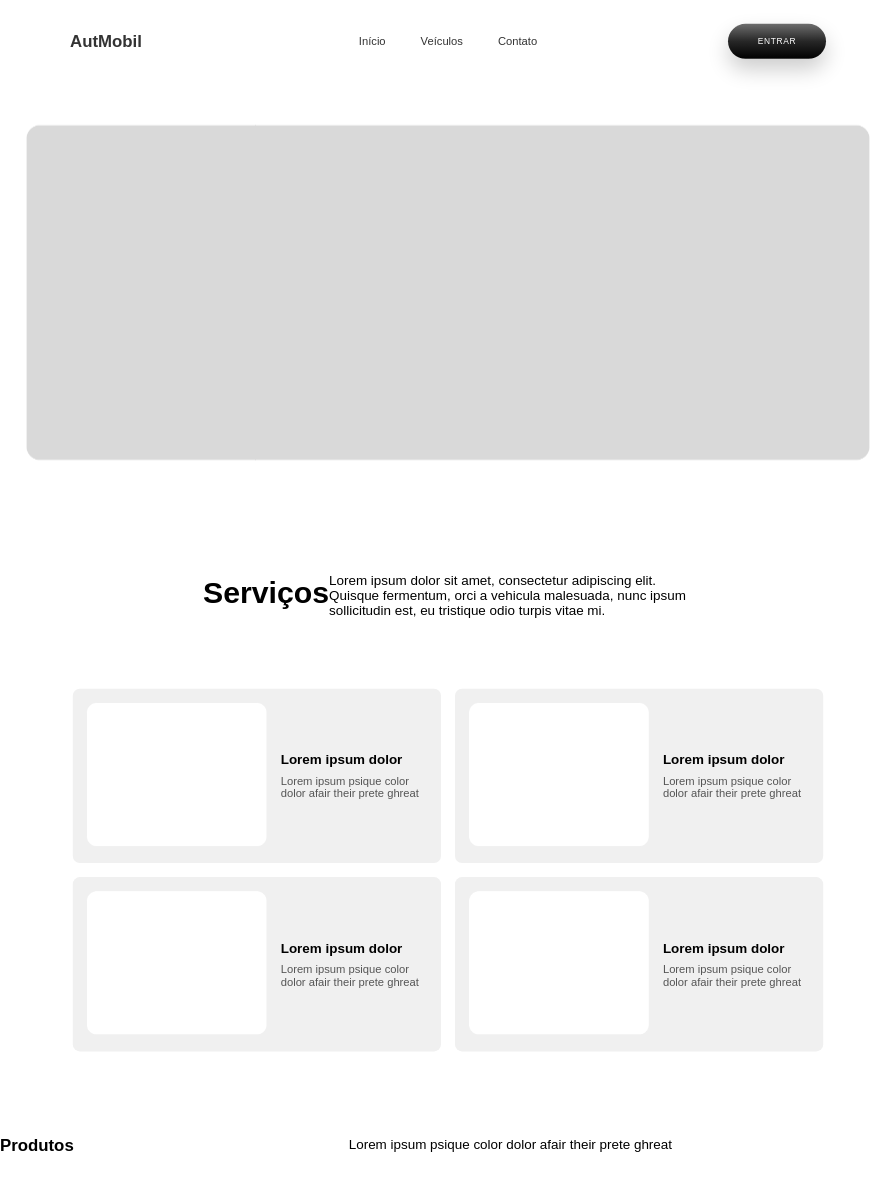
Repository: Matheus904-12/Reforma
Page: index.html
The author's editor kept a copy of each file at every save. The page is drawn from the files as they stood at one save, then again after a run of saves.
The browser window is 1280 px wide. The pictures show the whole page, at 70% of full size.

Above is the page before, as saved 2024-08-01 10:48:45.

### index.html
<!DOCTYPE html>
<html lang="en">
<head>
    <meta charset="UTF-8">
    <meta name="viewport" content="width=device-width, initial-scale=1.0">
    <title>Automobil - Venda de Veículos</title>
    <link rel="stylesheet" href="styles.css">
</head>
<body>
    <header>
        <div class="navbar">
            <div class="logo">AutMobil</div>
            <nav class="nav-links">
                <a href="#home">Início</a>
                <a href="#veiculos">Veículos</a>
                <a href="#contato">Contato</a>
            </nav>
            <button class="btn">
                <span class="btn-text-one">Entrar</span>
                <span class="btn-text-two">Vamos Lá!</span>
            </button>
        </div>
    </header>
    <section class="hero">
        <img src="imagens/Rectangle 1.png" alt="Imagem de Veículos" class="hero-image">
    </section>
    <section class="servicos">
        <div class="servicos-header">
            <h2>Serviços</h2>
            <p class="description">Lorem ipsum dolor sit amet, consectetur adipiscing elit. Quisque fermentum, orci a vehicula malesuada, nunc ipsum sollicitudin est, eu tristique odio turpis vitae mi.</p>
        </div>
        <div class="cards-container">
            <div class="card">
                <div class="card-image"><img src="imagens/Rectangle 9.png" alt="Serviço 1"></div>
                <div class="card-content">
                    <h3>Lorem ipsum dolor</h3>
                    <p>Lorem ipsum psique color dolor afair their prete ghreat</p>
                </div>
            </div>
            <div class="card">
                <div class="card-image"><img src="imagens/Rectangle 9.png" alt="Serviço 2"></div>
                <div class="card-content">
                    <h3>Lorem ipsum dolor</h3>
                    <p>Lorem ipsum psique color dolor afair their prete ghreat</p>
                </div>
            </div>
            <div class="card">
                <div class="card-image"><img src="imagens/Rectangle 9.png" alt="Serviço 3"></div>
                <div class="card-content">
                    <h3>Lorem ipsum dolor</h3>
                    <p>Lorem ipsum psique color dolor afair their prete ghreat</p>
                </div>
            </div>
            <div class="card">
                <div class="card-image"><img src="imagens/Rectangle 9.png" alt="Serviço 4"></div>
                <div class="card-content">
                    <h3>Lorem ipsum dolor</h3>
                    <p>Lorem ipsum psique color dolor afair their prete ghreat</p>
                </div>
            </div>
        </div>
    </section>
    <section class="servicos2">
        <div class="produtos-header">
            <h2>Produtos</h2>
            <p class="description2">Lorem ipsum psique color dolor afair their prete ghreat</p>
        </div>
    </section>
</body>
</html>

### styles.css
body {
    margin: 0;
    font-family: Arial, sans-serif;
}

header {
    position: relative;
    width: 100%;
}

.navbar {
    display: flex;
    justify-content: center;
    align-items: center;
    padding: 20px 50px;
    background: rgba(255, 255, 255, 0.5);
    border-radius: 25px;
    backdrop-filter: blur(10px);
    transition: all 0.3s ease-in-out;
    margin: 20px 50px;
    position: relative;
}

.navbar.scrolled {
    background: rgba(255, 255, 255, 0.8);
    backdrop-filter: blur(15px);
}

.logo {
    position: absolute;
    left: 50px;
    font-size: 1.5em;
    color: #333;
    font-weight: bold;
}

.nav-links {
    list-style: none;
    display: flex;
    gap: 20px;
}

.nav-links a {
    text-decoration: none;
    color: #333;
    padding: 10px 15px;
    border-radius: 15px;
    transition: background 0.3s, color 0.3s;
}

.nav-links a:hover {
    background: #333;
    color: #fff;
}

.btn {
    width: 140px;
    height: 50px;
    background: linear-gradient(to top, #000000, #272727, #6d6d6d);
    color: #fff;
    border-radius: 50px;
    border: none;
    outline: none;
    cursor: pointer;
    position: relative;
    box-shadow: 0 15px 30px rgba(0, 0, 0, 0.2);
    overflow: hidden;
    position: absolute;
    right: 50px;
    text-decoration: none; /* Para remover o sublinhado do link */
    display: flex;
    justify-content: center;
    align-items: center;
}

.btn span {
    font-size: 12px;
    text-transform: uppercase;
    letter-spacing: 1px;
    transition: top 0.5s;
}

.btn-text-one {
    position: absolute;
    width: 100%;
    top: 50%;
    left: 0;
    transform: translateY(-50%);
}

.btn-text-two {
    position: absolute;
    width: 100%;
    top: 150%;
    left: 0;
    transform: translateY(-50%);
}

.btn:hover .btn-text-one {
    top: -100%;
}

.btn:hover .btn-text-two {
    top: 50%;
}

.btn:active {
    transform: translateY(1px); /* Efeito de afundar ao clicar */
}

.hero {
    position: relative;
    width: 100%;
    height: 600px; /* Ajuste a altura conforme necessário */
    overflow: hidden;
    display: flex;
    justify-content: center;
    align-items: center;
}

.hero-image {
    width: 94%;
    height: auto;
    object-fit: cover;
}

.servicos {
    padding: 100px;
}

.servicos-header {
    display: flex;
    justify-content: space-between;
    align-items: center;
    margin-bottom: 100px;
}

.produtos-header {
    display: flex;
    justify-content: space-between;
    align-items: center;
    margin-bottom: 100px;
}

.servicos h2 {
    font-size: 2.7em;
    margin: 0 0 10px 0; /* Ajuste a margem inferior para aproximar do parágrafo */
    margin-left: 190px;
}

.description {
    font-size: 1.2em;
    max-width: 600px;
    margin: 0;
    margin-right: 190px;
}
.description2 {
    font-size: 1.2em;
    max-width: 600px;
    margin: 0;
    margin-right: 320px;
}

.cards-container {
    display: flex;
    flex-wrap: wrap;
    justify-content: center;
    gap: 20px;
}

.card {
    display: flex;
    align-items: center;
    background-color: #f0f0f0;
    padding: 20px;
    border-radius: 10px;
    width: 45%;
}

.card-image img {
    width: 257px;
    height: 205px;
    border-radius: 10px;
    margin-right: 20px;
}

.card-content {
    text-align: left;
}

.card-content h3 {
    margin: 0 0 10px 0;
    font-size: 1.2em;
}

.card-content p {
    margin: 0;
    color: #555;
}

.produtos {
    padding: 100px;
    background-color: #f9f9f9;
}

.produtos-header {
    display: flex;
    justify-content: space-between;
    align-items: center;
    margin-bottom: 50px;
}

.produtos h2 {
    font-size: 2.5em;
    margin: 0;
}

.produtos .description {
    font-size: 1.2em;
    max-width: 600px;
    margin: 0;
}

.filtros {
    display: flex;
    justify-content: center;
    gap: 20px;
    margin-bottom: 50px;
}

.filtro {
    background-color: #333;
    color: #fff;
    border: none;
    padding: 10px 20px;
    border-radius: 10px;
    cursor: pointer;
    transition: background 0.3s;
}

.filtro:hover {
    background-color: #555;
}

.produtos-container {
    position: relative;
}

.carrossel {
    display: none;
    flex-wrap: nowrap;
    overflow-x: auto;
    gap: 20px;
}

.carrossel.active {
    display: flex;
}

.produto-card {
    display: flex;
    flex-direction: column;
    align-items: center;
    background-color: #fff;
    padding: 20px;
    border-radius: 10px;
    min-width: 300px;
}

.produto-image img {
    width: 100%;
    border-radius: 10px;
    margin-bottom: 20px;
}

.produto-content {
    text-align: center;
}

.produto-content h3 {
    margin: 0 0 10px 0;
    font-size: 1.2em;
}

.produto-content p {
    margin: 0;
    color: #555;
}

After the next 3 saves:
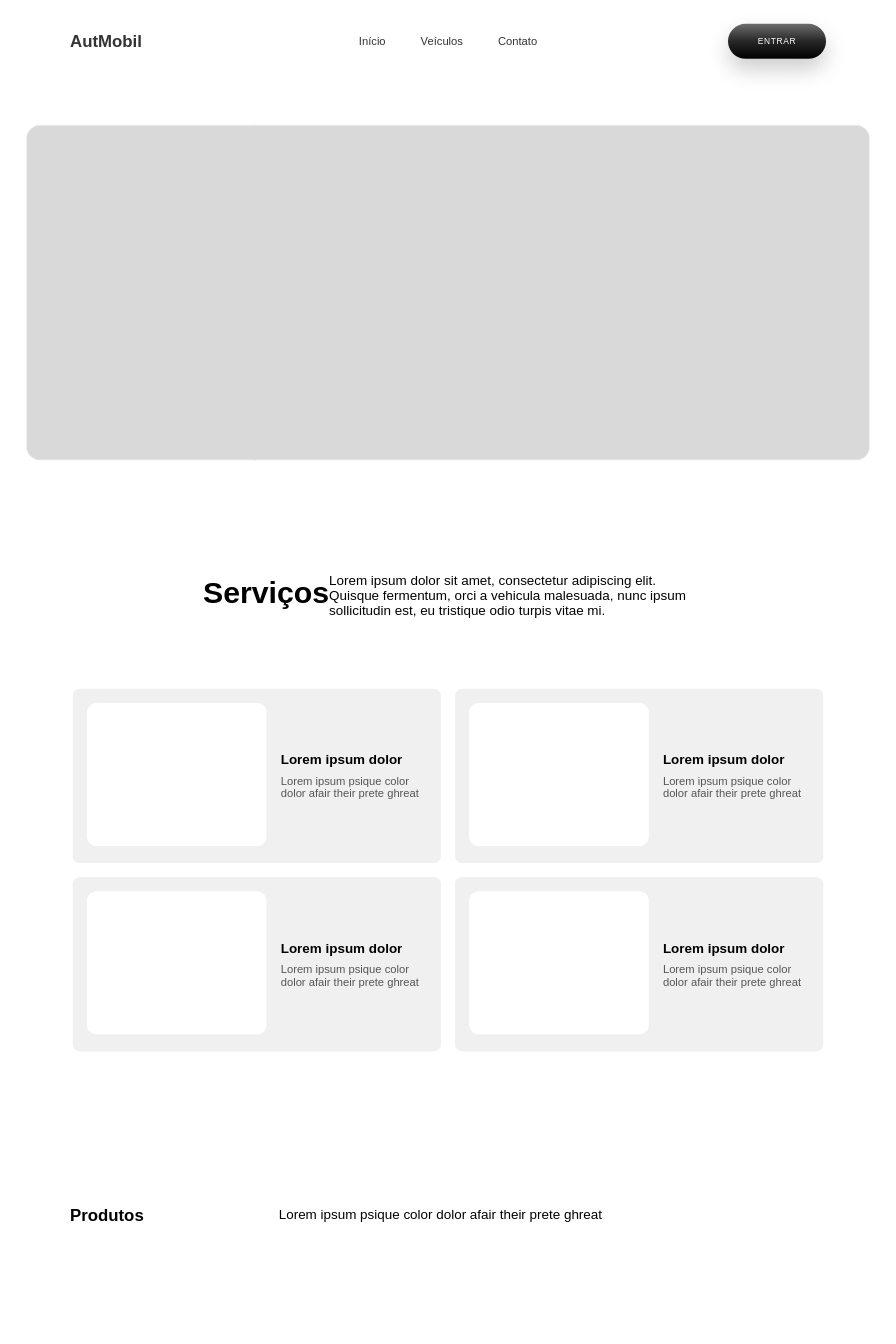
The 3 saves are shown as one change because they came seconds apart.
The last was saved 22 s later.
--- a/styles.css
+++ b/styles.css
@@ -128,6 +128,10 @@
     padding: 100px;
 }
 
+.servicos2 {
+    padding: 100px;
+}
+
 .servicos-header {
     display: flex;
     justify-content: space-between;

After the 2 saves that followed:
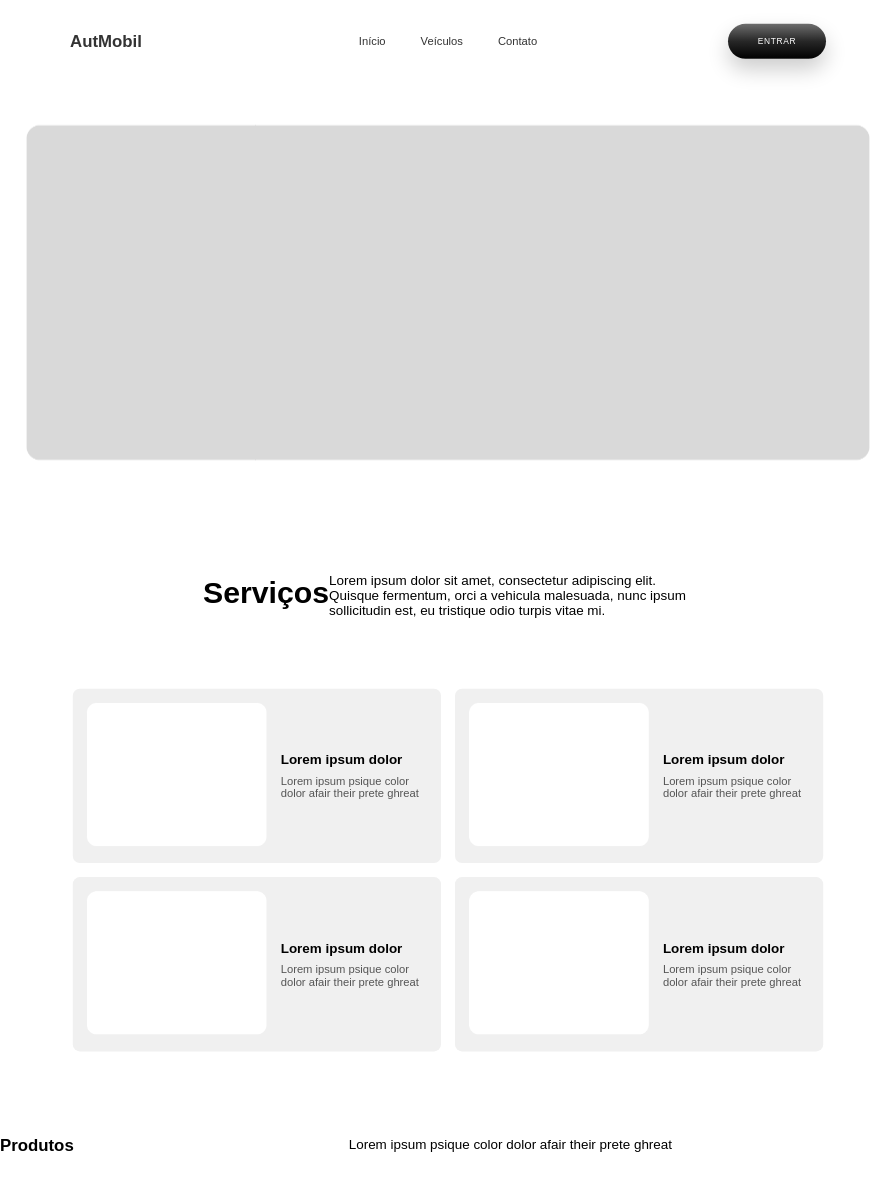
The 2 saves are shown as one change because they came seconds apart.
The last was saved 10 s later.
--- a/styles.css
+++ b/styles.css
@@ -128,10 +128,6 @@
     padding: 100px;
 }
 
-.servicos2 {
-    padding: 100px;
-}
-
 .servicos-header {
     display: flex;
     justify-content: space-between;
